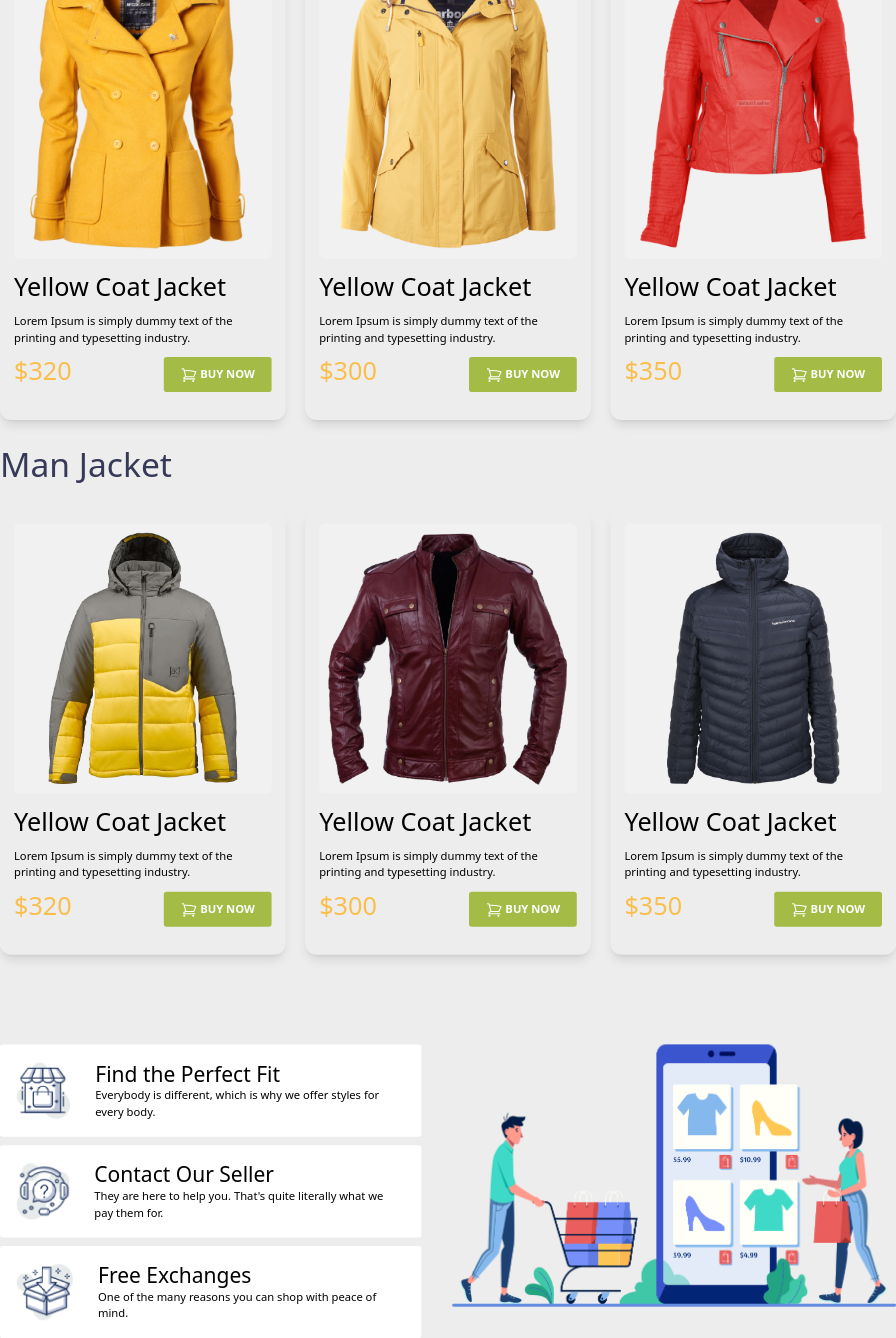
Repository: zjria/penguin-e-commerce-fashion
Page: index.html
The author's editor kept a copy of each file at every save. The page is drawn from the files as they stood at one save, then again after the next save.
The browser window is 1280 px wide. The pictures show the part of the page from y = 990 to 2910 px (the page is 2902 px tall before and 2910 px after), at 70% of full size.
Some web libraries are served in a nearby version.

Above is the page before, as saved 2022-10-07 10:50:09.

### index.html
<!DOCTYPE html>
<html lang="en">

<head>
    <meta charset="UTF-8">
    <meta http-equiv="X-UA-Compatible" content="IE=edge">
    <meta name="viewport" content="width=device-width, initial-scale=1.0">
    <title>Penguin E-commerce</title>
    <!-- Google Fonts Link -->
    <link rel="preconnect" href="https://fonts.googleapis.com">
    <link rel="preconnect" href="https://fonts.gstatic.com" crossorigin>
    <link href="https://fonts.googleapis.com/css2?family=Bebas+Neue&family=Roboto:wght@100;300;400;500&display=swap"
        rel="stylesheet">

    <!-- Tailwind CSS CDN link -->
    <script src="https://cdn.tailwindcss.com"></script>
    <script>
        tailwind.config = {
            theme: {
                extend: {
                    colors: {
                        clifford: '#da373d',
                        header_bg: '#FFFBF0',
                        main_text_color: '#363958',
                        price_color: '#FABE4C',
                        card_bg: '#F1F1F1',
                        full_card_bg: '#FFFFFF',
                        main_color: '#EDEDED'
                    }
                }
            }
        }
    </script>
</head>

<body>
    <h2 class="bg-purple-300 text-center font-header_text">Do selfless favor to people</h2>


    <!-- Header Section -->
    <header class="bg-header_bg pb-32 pt-24">
        <section class="container mx-auto uppercase sm:flex items-center justify-around">
            <div class="space-y-3">
                <h1 class="text-2xl sm:text-5xl font-bold font-header_text">
                    <span class="text-yellow-400">Be the Penguins</span> <br>
                    <span class="text-slate-600">of Winter</span>
                </h1>
                <p class="font-anther_text">Lorem Ipsum is simply dummy text of the printing
                    and typesetting industry.</p>
                <button class="uppercase bg-[#A4BC46] py-3 px-6 text-white font-semibold rounded font-anther_text"> <svg
                        xmlns="http://www.w3.org/2000/svg" fill="none" viewBox="0 0 24 24" stroke-width="1.5"
                        stroke="currentColor" class="w-6 h-6 inline text-white">
                        <path stroke-linecap="round" stroke-linejoin="round"
                            d="M2.25 3h1.386c.51 0 .955.343 1.087.835l.383 1.437M7.5 14.25a3 3 0 00-3 3h15.75m-12.75-3h11.218c1.121-2.3 2.1-4.684 2.924-7.138a60.114 60.114 0 00-16.536-1.84M7.5 14.25L5.106 5.272M6 20.25a.75.75 0 11-1.5 0 .75.75 0 011.5 0zm12.75 0a.75.75 0 11-1.5 0 .75.75 0 011.5 0z" />
                    </svg>
                    Buy Now</button>
            </div>
            <div class="pt-8 sm:pt-8">
                <img class=" w-1/2 sm:w-full" src="images/model.png" alt="">
            </div>
        </section>
    </header>

    <!-- Main Section Start -->
    <main class="bg-main_color">
        <!-- Woman Jacket -->
        <section class="container mx-auto">
            <h2 class="text-5xl my-10 text-main_text_color font-header_text">Woman Jacket</h2>
            <div class="grid md:grid-cols-2 lg:grid-cols-3 gap-7">
                <div class="full_card_bg ">
                    <div class="rounded-2xl shadow-lg p-5">
                        <div class="p-3 bg-card_bg rounded-lg">
                            <img src="images/jacket-1.png" alt="">
                        </div>
                        <div class="py-3">
                            <h3 class="text-4xl py-2">Yellow Coat Jacket</h3>
                            <p class="py-2">Lorem Ipsum is simply dummy text of the
                                printing and typesetting industry.</p>
                            <div class="flex justify-between py-2">
                                <h3 class="text-4xl text-price_color">$320</h3>
                                <button
                                    class="uppercase bg-[#A4BC46] py-3 px-6 text-white font-semibold rounded font-anther_text">
                                    <svg xmlns="http://www.w3.org/2000/svg" fill="none" viewBox="0 0 24 24"
                                        stroke-width="1.5" stroke="currentColor" class="w-6 h-6 inline text-white">
                                        <path stroke-linecap="round" stroke-linejoin="round"
                                            d="M2.25 3h1.386c.51 0 .955.343 1.087.835l.383 1.437M7.5 14.25a3 3 0 00-3 3h15.75m-12.75-3h11.218c1.121-2.3 2.1-4.684 2.924-7.138a60.114 60.114 0 00-16.536-1.84M7.5 14.25L5.106 5.272M6 20.25a.75.75 0 11-1.5 0 .75.75 0 011.5 0zm12.75 0a.75.75 0 11-1.5 0 .75.75 0 011.5 0z" />
                                    </svg>
                                    Buy Now</button>
                            </div>
                        </div>
                    </div>
                </div>
                <div class="full_card_bg ">
                    <div class="rounded-2xl shadow-lg p-5">
                        <div class="p-3 bg-card_bg rounded-lg">
                            <img src="images/jacket-2.png" alt="">
                        </div>
                        <div class="py-3">
                            <h3 class="text-4xl py-2">Yellow Coat Jacket</h3>
                            <p class="py-2">Lorem Ipsum is simply dummy text of the
                                printing and typesetting industry.</p>
                            <div class="flex justify-between py-2">
                                <h3 class="text-4xl text-price_color">$300</h3>
                                <button
                                    class="uppercase bg-[#A4BC46] py-3 px-6 text-white font-semibold rounded font-anther_text">
                                    <svg xmlns="http://www.w3.org/2000/svg" fill="none" viewBox="0 0 24 24"
                                        stroke-width="1.5" stroke="currentColor" class="w-6 h-6 inline text-white">
                                        <path stroke-linecap="round" stroke-linejoin="round"
                                            d="M2.25 3h1.386c.51 0 .955.343 1.087.835l.383 1.437M7.5 14.25a3 3 0 00-3 3h15.75m-12.75-3h11.218c1.121-2.3 2.1-4.684 2.924-7.138a60.114 60.114 0 00-16.536-1.84M7.5 14.25L5.106 5.272M6 20.25a.75.75 0 11-1.5 0 .75.75 0 011.5 0zm12.75 0a.75.75 0 11-1.5 0 .75.75 0 011.5 0z" />
                                    </svg>
                                    Buy Now</button>
                            </div>
                        </div>
                    </div>
                </div>
                <div class="full_card_bg ">
                    <div class="rounded-2xl shadow-lg p-5">
                        <div class="p-3 bg-card_bg rounded-lg">
                            <img src="images/jacket-3.png" alt="">
                        </div>
                        <div class="py-3">
                            <h3 class="text-4xl py-2">Yellow Coat Jacket</h3>
                            <p class="py-2">Lorem Ipsum is simply dummy text of the
                                printing and typesetting industry.</p>
                            <div class="flex justify-between py-2">
                                <h3 class="text-4xl text-price_color">$350</h3>
                                <button
                                    class="uppercase bg-[#A4BC46] py-3 px-6 text-white font-semibold rounded font-anther_text">
                                    <svg xmlns="http://www.w3.org/2000/svg" fill="none" viewBox="0 0 24 24"
                                        stroke-width="1.5" stroke="currentColor" class="w-6 h-6 inline text-white">
                                        <path stroke-linecap="round" stroke-linejoin="round"
                                            d="M2.25 3h1.386c.51 0 .955.343 1.087.835l.383 1.437M7.5 14.25a3 3 0 00-3 3h15.75m-12.75-3h11.218c1.121-2.3 2.1-4.684 2.924-7.138a60.114 60.114 0 00-16.536-1.84M7.5 14.25L5.106 5.272M6 20.25a.75.75 0 11-1.5 0 .75.75 0 011.5 0zm12.75 0a.75.75 0 11-1.5 0 .75.75 0 011.5 0z" />
                                    </svg>
                                    Buy Now</button>
                            </div>
                        </div>
                    </div>
                </div>


            </div>

        </section>

        <!-- Man Jacket -->
        <section class="container mx-auto">
            <h2 class="text-5xl my-10 text-main_text_color font-header_text">Man Jacket</h2>
            <div class="grid md:grid-cols-2 lg:grid-cols-3 gap-7">
                <div class="full_card_bg ">
                    <div class="rounded-2xl shadow-lg p-5">
                        <div class="p-3 bg-card_bg rounded-lg">
                            <img src="images/jacket-4.png" alt="">
                        </div>
                        <div class="py-3">
                            <h3 class="text-4xl py-2">Yellow Coat Jacket</h3>
                            <p class="py-2">Lorem Ipsum is simply dummy text of the
                                printing and typesetting industry.</p>
                            <div class="flex justify-between py-2">
                                <h3 class="text-4xl text-price_color">$320</h3>
                                <button
                                    class="uppercase bg-[#A4BC46] py-3 px-6 text-white font-semibold rounded font-anther_text">
                                    <svg xmlns="http://www.w3.org/2000/svg" fill="none" viewBox="0 0 24 24"
                                        stroke-width="1.5" stroke="currentColor" class="w-6 h-6 inline text-white">
                                        <path stroke-linecap="round" stroke-linejoin="round"
                                            d="M2.25 3h1.386c.51 0 .955.343 1.087.835l.383 1.437M7.5 14.25a3 3 0 00-3 3h15.75m-12.75-3h11.218c1.121-2.3 2.1-4.684 2.924-7.138a60.114 60.114 0 00-16.536-1.84M7.5 14.25L5.106 5.272M6 20.25a.75.75 0 11-1.5 0 .75.75 0 011.5 0zm12.75 0a.75.75 0 11-1.5 0 .75.75 0 011.5 0z" />
                                    </svg>
                                    Buy Now</button>
                            </div>
                        </div>
                    </div>
                </div>
                <div class="full_card_bg ">
                    <div class="rounded-2xl shadow-lg p-5">
                        <div class="p-3 bg-card_bg rounded-lg">
                            <img src="images/jacket-5.png" alt="">
                        </div>
                        <div class="py-3">
                            <h3 class="text-4xl py-2">Yellow Coat Jacket</h3>
                            <p class="py-2">Lorem Ipsum is simply dummy text of the
                                printing and typesetting industry.</p>
                            <div class="flex justify-between py-2">
                                <h3 class="text-4xl text-price_color">$300</h3>
                                <button
                                    class="uppercase bg-[#A4BC46] py-3 px-6 text-white font-semibold rounded font-anther_text">
                                    <svg xmlns="http://www.w3.org/2000/svg" fill="none" viewBox="0 0 24 24"
                                        stroke-width="1.5" stroke="currentColor" class="w-6 h-6 inline text-white">
                                        <path stroke-linecap="round" stroke-linejoin="round"
                                            d="M2.25 3h1.386c.51 0 .955.343 1.087.835l.383 1.437M7.5 14.25a3 3 0 00-3 3h15.75m-12.75-3h11.218c1.121-2.3 2.1-4.684 2.924-7.138a60.114 60.114 0 00-16.536-1.84M7.5 14.25L5.106 5.272M6 20.25a.75.75 0 11-1.5 0 .75.75 0 011.5 0zm12.75 0a.75.75 0 11-1.5 0 .75.75 0 011.5 0z" />
                                    </svg>
                                    Buy Now</button>
                            </div>
                        </div>
                    </div>
                </div>
                <div class="full_card_bg ">
                    <div class="rounded-2xl shadow-lg p-5">
                        <div class="p-3 bg-card_bg rounded-lg">
                            <img src="images/jacket-6.png" alt="">
                        </div>
                        <div class="py-3">
                            <h3 class="text-4xl py-2">Yellow Coat Jacket</h3>
                            <p class="py-2">Lorem Ipsum is simply dummy text of the
                                printing and typesetting industry.</p>
                            <div class="flex justify-between py-2">
                                <h3 class="text-4xl text-price_color">$350</h3>
                                <button
                                    class="uppercase bg-[#A4BC46] py-3 px-6 text-white font-semibold rounded font-anther_text">
                                    <svg xmlns="http://www.w3.org/2000/svg" fill="none" viewBox="0 0 24 24"
                                        stroke-width="1.5" stroke="currentColor" class="w-6 h-6 inline text-white">
                                        <path stroke-linecap="round" stroke-linejoin="round"
                                            d="M2.25 3h1.386c.51 0 .955.343 1.087.835l.383 1.437M7.5 14.25a3 3 0 00-3 3h15.75m-12.75-3h11.218c1.121-2.3 2.1-4.684 2.924-7.138a60.114 60.114 0 00-16.536-1.84M7.5 14.25L5.106 5.272M6 20.25a.75.75 0 11-1.5 0 .75.75 0 011.5 0zm12.75 0a.75.75 0 11-1.5 0 .75.75 0 011.5 0z" />
                                    </svg>
                                    Buy Now</button>
                            </div>
                        </div>
                    </div>
                </div>
            </div>
        </section>
        <!-- ‍Shopping Section Start -->
        <section class="container mx-auto mt-32">
            <div class="grid lg:grid-cols-2 gap-3 p-">
                <div class="bg-white rounded flex p-6 justify-center items-center mr-8">
                    <img class="w-20 h-20" src="images/house.png" alt="">
                    <div class="text pl-9">
                        <h4 class="text-3xl">Find the Perfect Fit</h4>
                        <p>Everybody is different, which is why we
                            offer styles for every body.</p>
                    </div>
                </div>
                <div class="row-span-3">
                    <img src="images/shopping.png" alt="">
                </div>

                <div class="bg-white rounded flex p-6 justify-center items-center mr-8">
                    <img class="w-20 h-20" src="images/question.png" alt="">
                    <div class="text pl-9">
                        <h4 class="text-3xl">Contact Our Seller</h4>
                        <p>They are here to help you. That's quite
                            literally what we pay them for.</p>
                    </div>
                </div>
                <div class="bg-white rounded flex p-6 justify-center items-center mr-8">
                    <img class="w-20 h-20" src="images/box.png" alt="">
                    <div class="text pl-9">
                        <h4 class="text-3xl">Free Exchanges</h4>
                        <p>One of the many reasons you can shop
                            with peace of mind.</p>
                    </div>
                </div>
            </div>
        </section>
    </main>

</body>

</html>

After the next save:
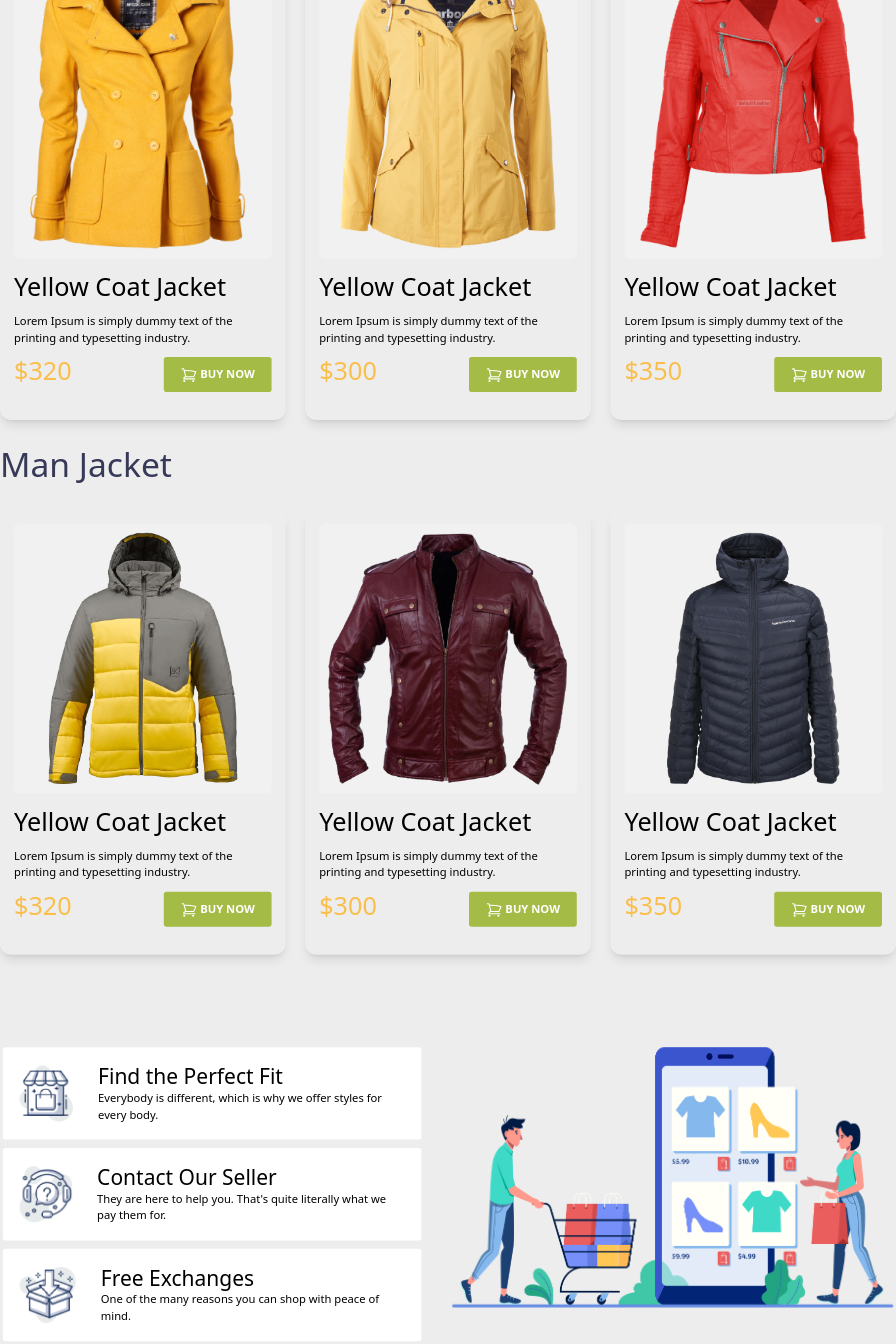
Saved 18 s later.
--- a/index.html
+++ b/index.html
@@ -219,7 +219,7 @@
         </section>
         <!-- ‍Shopping Section Start -->
         <section class="container mx-auto mt-32">
-            <div class="grid lg:grid-cols-2 gap-3 p-">
+            <div class="grid lg:grid-cols-2 gap-3 p-1">
                 <div class="bg-white rounded flex p-6 justify-center items-center mr-8">
                     <img class="w-20 h-20" src="images/house.png" alt="">
                     <div class="text pl-9">
